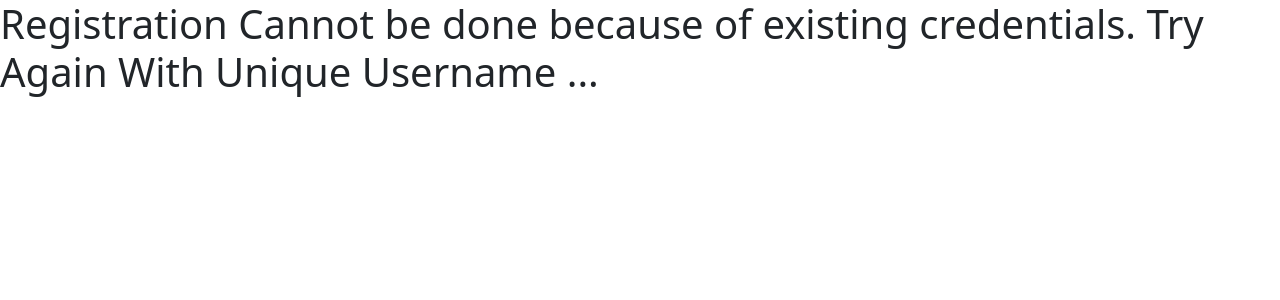
Repository: shivambhat45/Tour-Booking
Page: http://localhost/error-registration
These files come from the project's save history. The page is drawn as it stood at one moment and after the next save; the edit follows.
The browser window is 1280 px wide. The pictures show the whole page.
Some web libraries are served in a nearby version. The page is this project's Thymeleaf template; nobody is signed in. The template is opened directly, without the code that normally fills it, so the values that code supplies are empty.

Above is the page before, as saved 2022-10-30 06:30:05.

### frontend-ui/src/main/resources/templates/error-registration.html
<!DOCTYPE html>
<html xmlns:th="http://www.thymeleaf.org">

<head>
	<meta charset="ISO-8859-1">
	<title>Error</title>
	<link href="https://cdn.jsdelivr.net/npm/bootstrap@5.2.2/dist/css/bootstrap.min.css" rel="stylesheet"
		integrity="sha384-Zenh87qX5JnK2Jl0vWa8Ck2rdkQ2Bzep5IDxbcnCeuOxjzrPF/et3URy9Bv1WTRi" crossorigin="anonymous">
</head>

<body>

	<h1> Registration Cannot be done because of existing credentials. Try Again With Unique Username ... </h1>
	<br>
	<br>
	<a href="/" class="badge badge-dark">Register Again</a>

	<script src="https://code.jquery.com/jquery-3.2.1.slim.min.js"
		integrity="sha384-KJ3o2DKtIkvYIK3UENzmM7KCkRr/rE9/Qpg6aAZGJwFDMVNA/GpGFF93hXpG5KkN"
		crossorigin="anonymous"></script>
	<script src="https://cdn.jsdelivr.net/npm/popper.js@1.12.9/dist/umd/popper.min.js"
		integrity="sha384-ApNbgh9B+Y1QKtv3Rn7W3mgPxhU9K/ScQsAP7hUibX39j7fakFPskvXusvfa0b4Q"
		crossorigin="anonymous"></script>
	<script src="https://cdn.jsdelivr.net/npm/bootstrap@4.0.0/dist/js/bootstrap.min.js"
		integrity="sha384-JZR6Spejh4U02d8jOt6vLEHfe/JQGiRRSQQxSfFWpi1MquVdAyjUar5+76PVCmYl"
		crossorigin="anonymous"></script>
</body>

</html>

After the next save:
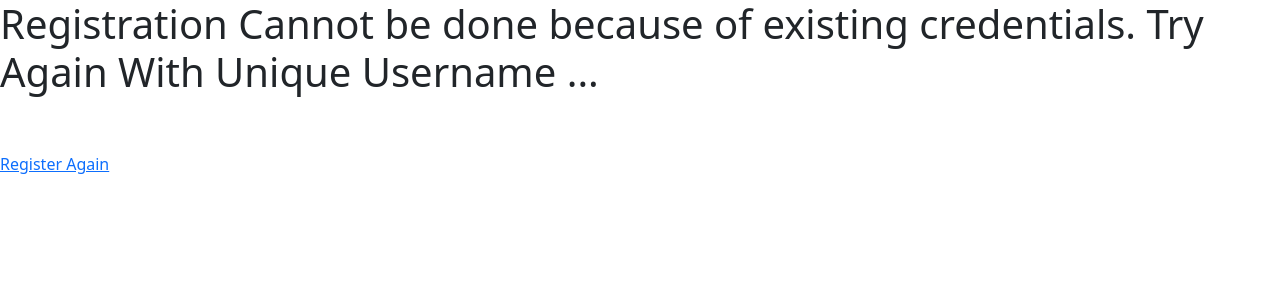
Saved 32 s later.
--- a/frontend-ui/src/main/resources/templates/error-registration.html
+++ b/frontend-ui/src/main/resources/templates/error-registration.html
@@ -13,7 +13,7 @@
 	<h1> Registration Cannot be done because of existing credentials. Try Again With Unique Username ... </h1>
 	<br>
 	<br>
-	<a href="/" class="badge badge-dark">Register Again</a>
+	<a href="/">Register Again</a>
 
 	<script src="https://code.jquery.com/jquery-3.2.1.slim.min.js"
 		integrity="sha384-KJ3o2DKtIkvYIK3UENzmM7KCkRr/rE9/Qpg6aAZGJwFDMVNA/GpGFF93hXpG5KkN"
